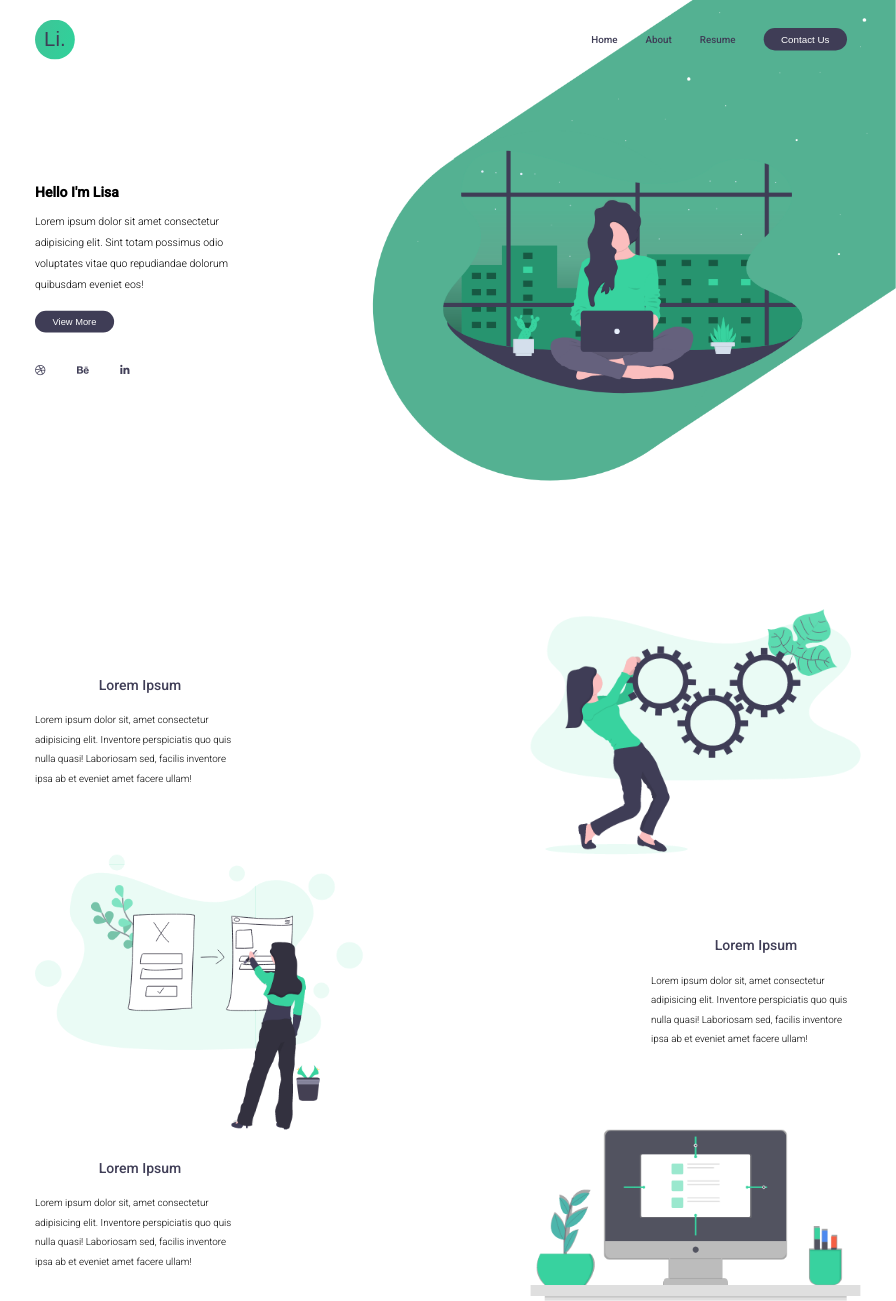
Repository: kebinh1235/porfolio-demo
Page: index.html
The author's editor kept a copy of each file at every save. The page is drawn from the files as they stood at one save, then again after the next save.
The browser window is 1280 px wide. The pictures show the whole page, at 70% of full size.
Some web libraries are served in a nearby version.

Above is the page before, as saved 2021-10-20 16:23:56.

After the next save:
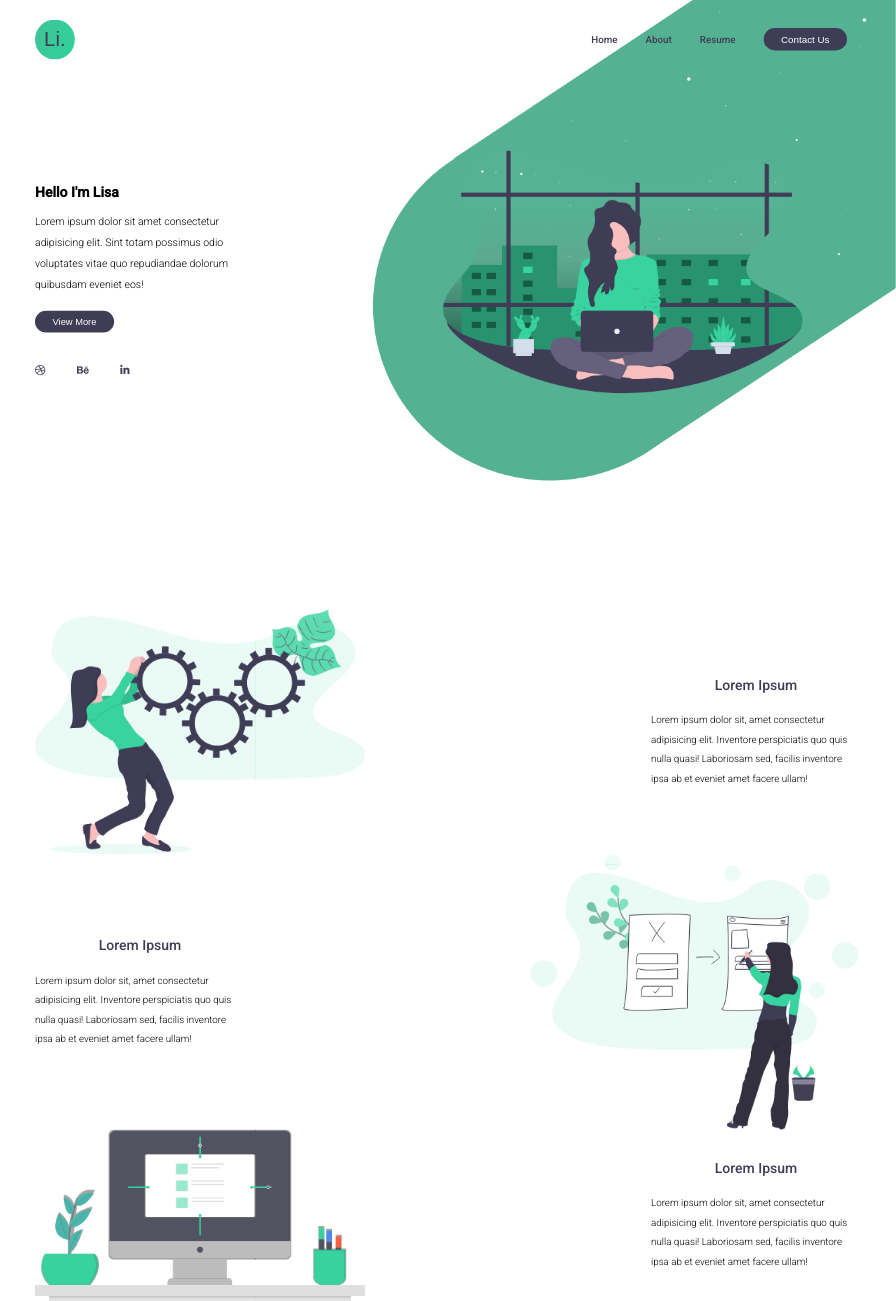
Saved 102 s later.
--- a/css/style.css
+++ b/css/style.css
@@ -274,13 +274,13 @@ header {
     max-width: 500px;
     margin: 0;
   }
-  .things__item:nth-child(odd) img {
-    order: 1;
+  .things__item:nth-child(even) img {
+    order: 2;
     width: 40%;
     padding-bottom: 0;
   }
-  .things__item--heading:nth-child(odd) {
-    order: 2;
+  .things__item--heading:nth-child(even) {
+    order: 1;
     width: 45%;
     text-align: initial;
   }
